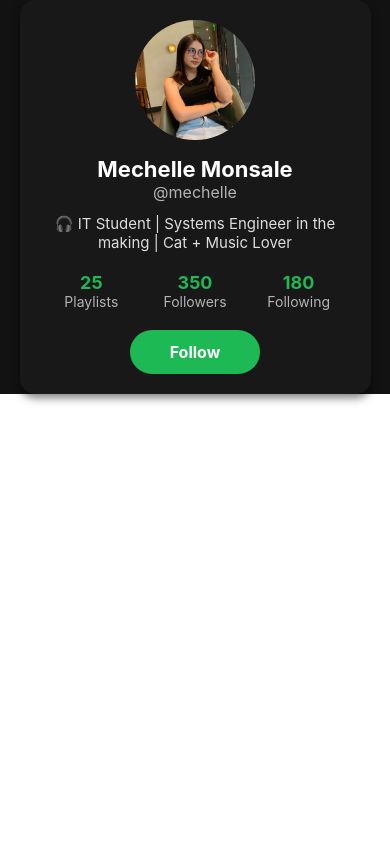
Repository: chelloraine/ProfileCard
Screen: /
An editor plug-in stored every save of this project. The screen is shown before and after a run of saves, followed by the edit.
The app was drawn by React Native's web renderer in a window 390 px wide. The project was rebuilt for these pictures with package versions that can differ from the ones it lists, and the page was loaded fresh each time.

Above is the screen before, as saved 2025-08-31 23:14:00.

After the next 2 saves:
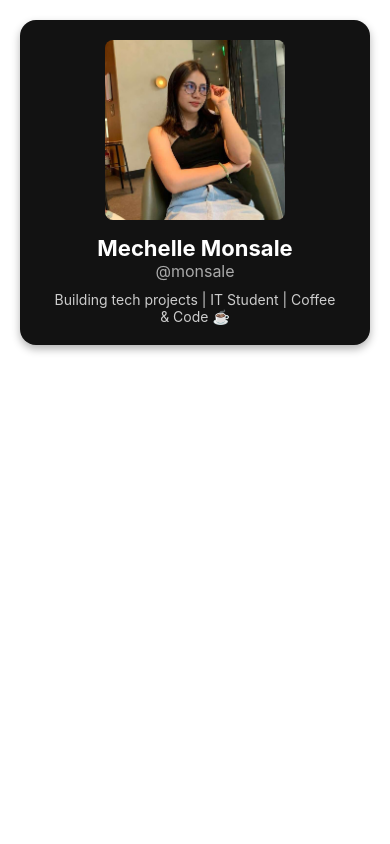
The 2 saves are shown as one change because 1 did not build or start.
The last was saved 78 s later.
--- a/profileCard.js
+++ b/profileCard.js
@@ -1,73 +1,42 @@
 import React from "react";
-import { View, Text, Image, StyleSheet, TouchableOpacity } from "react-native";
+import { View, Text, StyleSheet, Image } from "react-native";
 
 export default function ProfileCard() {
   return (
-    <View style={styles.container}>
-      <View style={styles.card}>
-        {/* Profile Picture */}
-        <Image
-  source={require("./assets/profile.jpg")}
-  style={styles.avatar}
-    />
-        {/* Info Section */}
-        <View style={styles.info}>
-          <Text style={styles.name}>Mechelle Monsale</Text>
-          <Text style={styles.username}>@mechelle</Text>
-          <Text style={styles.bio}>
-            🎧 IT Student | Systems Engineer in the making | Cat + Music Lover
-          </Text>
-
-          {/* Stats */}
-          <View style={styles.statsRow}>
-            <View style={styles.statBox}>
-              <Text style={styles.statsNumber}>25</Text>
-              <Text style={styles.stats}>Playlists</Text>
-            </View>
-            <View style={styles.statBox}>
-              <Text style={styles.statsNumber}>350</Text>
-              <Text style={styles.stats}>Followers</Text>
-            </View>
-            <View style={styles.statBox}>
-              <Text style={styles.statsNumber}>180</Text>
-              <Text style={styles.stats}>Following</Text>
-            </View>
-          </View>
-
-          {/* Spotify-style Button */}
-          <TouchableOpacity style={styles.followButton}>
-            <Text style={styles.followText}>Follow</Text>
-          </TouchableOpacity>
-        </View>
+    <View style={styles.card}>
+      {/* Square image like Spotify cover */}
+      <Image
+        source={require("./assets/profile.jpg")} // 👈 replace with your own image
+        style={styles.squareImage}
+      />
+      <View style={styles.info}>
+        <Text style={styles.name}>Mechelle Monsale</Text>
+        <Text style={styles.username}>@monsale</Text>
+        <Text style={styles.bio}>
+          Building tech projects | IT Student | Coffee & Code ☕
+        </Text>
       </View>
     </View>
   );
 }
 
 const styles = StyleSheet.create({
-  container: {
-    flex: 1,
-    backgroundColor: "#121212", // Spotify dark background
-    justifyContent: "center",   // centers vertically
-    alignItems: "center",       // centers horizontally
-  },
   card: {
-    width: "90%",
-    backgroundColor: "#181818", // Spotify card dark
-    borderRadius: 15,
+    backgroundColor: "#121212", // Spotify dark theme
+    borderRadius: 16,
     padding: 20,
+    margin: 20,
     alignItems: "center",
     shadowColor: "#000",
-    shadowOpacity: 0.5,
+    shadowOpacity: 0.3,
+    shadowRadius: 8,
     shadowOffset: { width: 0, height: 4 },
-    shadowRadius: 8,
-    elevation: 8,
   },
-  avatar: {
-    width: 120,
-    height: 120,
-    borderRadius: 60,
-    marginBottom: 16,
+  squareImage: {
+    width: 180,   // make it big like album cover
+    height: 180,  // square (equal width & height)
+    borderRadius: 8, // slight rounding like Spotify
+    marginBottom: 15,
   },
   info: {
     alignItems: "center",
@@ -79,44 +48,13 @@ const styles = StyleSheet.create({
   },
   username: {
     fontSize: 16,
-    color: "#b3b3b3",
-    marginBottom: 12,
+    color: "#aaa",
+    marginBottom: 10,
   },
   bio: {
-    fontSize: 15,
-    color: "#ddd",
+    fontSize: 14,
+    color: "#ccc",
     textAlign: "center",
-    marginBottom: 20,
     paddingHorizontal: 10,
   },
-  statsRow: {
-    flexDirection: "row",
-    justifyContent: "space-between",
-    width: "100%",
-    marginBottom: 20,
-  },
-  statBox: {
-    alignItems: "center",
-    flex: 1,
-  },
-  statsNumber: {
-    fontWeight: "bold",
-    fontSize: 18,
-    color: "#1DB954",
-  },
-  stats: {
-    fontSize: 14,
-    color: "#b3b3b3",
-  },
-  followButton: {
-    backgroundColor: "#1DB954",
-    paddingVertical: 12,
-    paddingHorizontal: 40,
-    borderRadius: 25,
-  },
-  followText: {
-    color: "#fff",
-    fontWeight: "bold",
-    fontSize: 16,
-  },
 });
